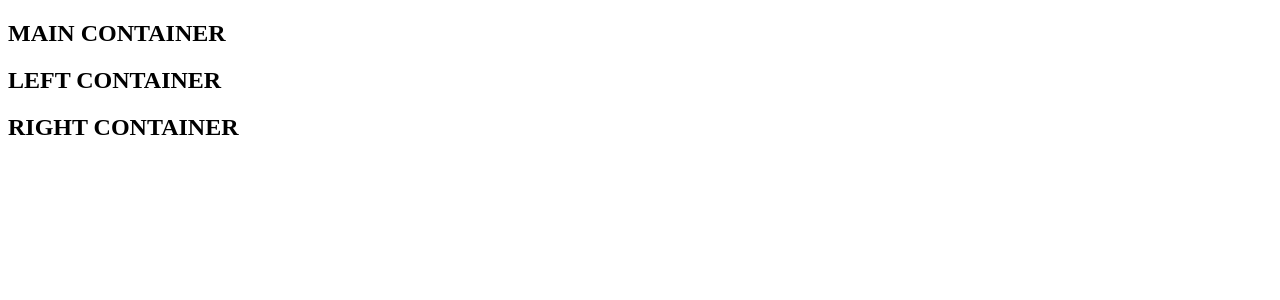
Repository: arindamslt/JEECoding
Page: JEE_FRONTEND/src/main/webapp/10Nav.html
The author's editor kept a copy of each file at every save. The page is drawn from the files as they stood at one save, then again after the next save.
The browser window is 1280 px wide. The pictures show the whole page.

Above is the page before, as saved 2025-07-15 14:26:15.

After the next save:
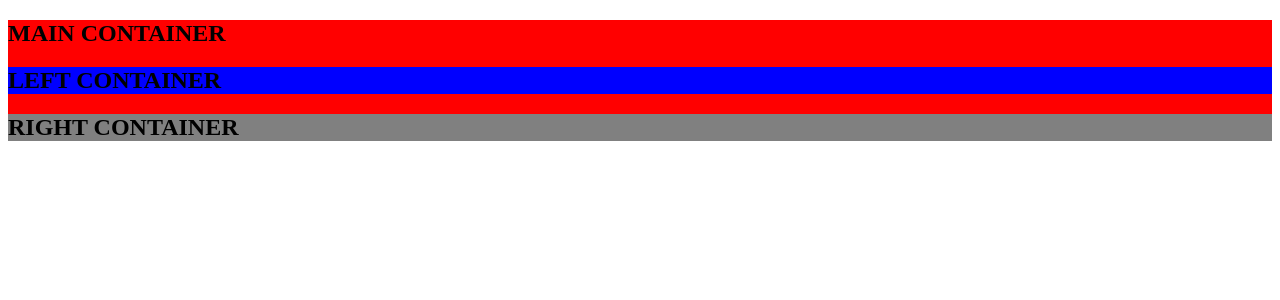
Saved 64 s later.
--- a/JEE_FRONTEND/src/main/webapp/10Nav.html
+++ b/JEE_FRONTEND/src/main/webapp/10Nav.html
@@ -2,7 +2,8 @@
 <html>
 <head>
 <meta charset="ISO-8859-1">
-<title>Insert title here</title>
+<title>NAV </title>
+<link rel="stylesheet" href="Nav.css"/>
 </head>
 <body>
 <div id="mnConatiner">
